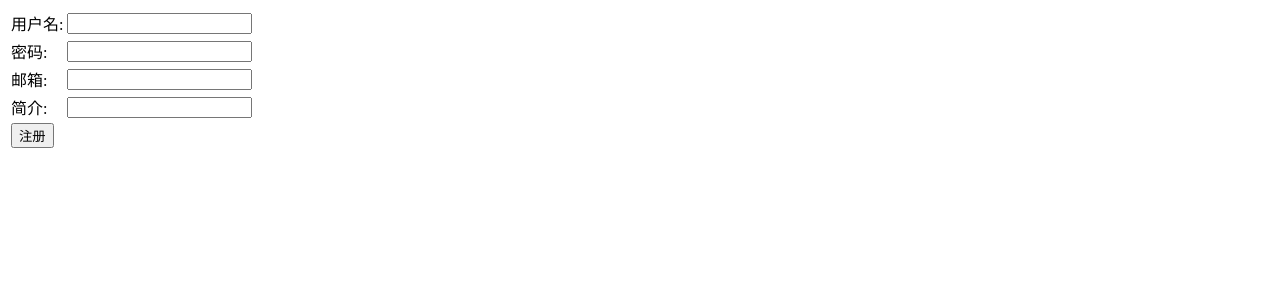
Repository: ChengqunYang/JAVA
Page: http://localhost/ajax/Demo03.jsp
An editor plug-in stored every save of this project. The page is shown before and after the next save, followed by the edit.
The browser window is 1280 px wide. The pictures show the whole page.
The page is served by Tomcat 9.

Above is the page before, as saved 2019-04-22 10:31:45.

After the next save:
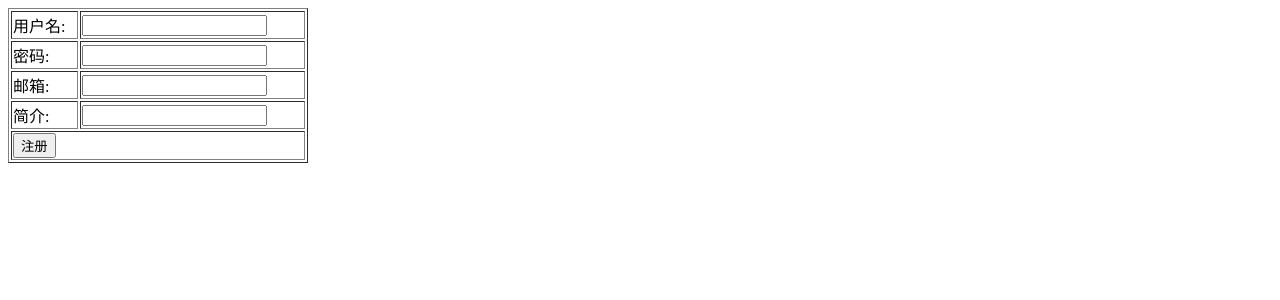
Saved 55 s later.
--- a/ajax/WebContent/Demo03.jsp
+++ b/ajax/WebContent/Demo03.jsp
@@ -7,7 +7,7 @@
 <title>Insert title here</title>
 </head>
 <body>
-	<table>
+	<table border="1" width="300px">
 		<tr>
 			<td>用户名:</td>
 			<td><input type="text" name = ""></td>
